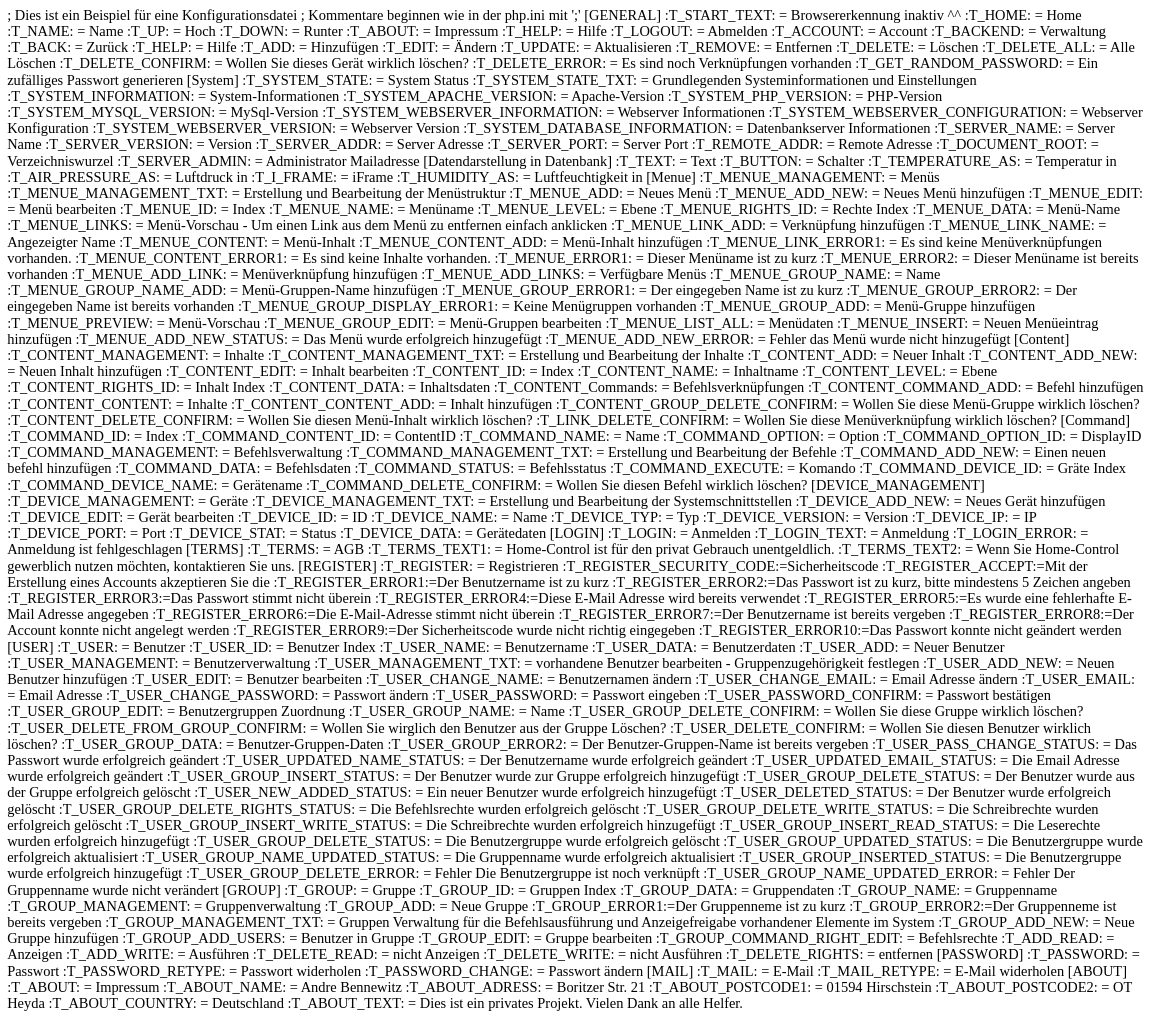
Repository: 0xF3ERROR/Home-Control
Page: http://localhost/language/lang_Ger.php
These files come from the project's save history. The page is drawn as it stood at one moment and after the next save; the edit follows.
The browser window is 1280 px wide. The pictures show the whole page, at 90% of full size.
The page is run by PHP 8.4 with error messages shown; the project is at /var/www/html/.

Above is the page before, as saved 2012-09-17 20:23:27.

### Source/language/lang_Ger.php
; Dies ist ein Beispiel für eine Konfigurationsdatei
; Kommentare beginnen wie in der php.ini mit ';'


[GENERAL]
:T_START_TEXT: = Browsererkennung inaktiv ^^
:T_HOME: = Home
:T_NAME: = Name
:T_UP: = Hoch
:T_DOWN: = Runter
:T_ABOUT: = Impressum
:T_HELP: = Hilfe
:T_LOGOUT: = Abmelden
:T_ACCOUNT: = Account
:T_BACKEND: = Verwaltung
:T_BACK: = Zurück
:T_HELP: = Hilfe
:T_ADD: = Hinzufügen
:T_EDIT: = Ändern
:T_UPDATE: = Aktualisieren
:T_REMOVE: = Entfernen
:T_DELETE: = Löschen
:T_DELETE_ALL: = Alle Löschen
:T_DELETE_CONFIRM: = Wollen Sie dieses Gerät wirklich löschen?
:T_DELETE_ERROR: = Es sind noch Verknüpfungen vorhanden
:T_GET_RANDOM_PASSWORD: = Ein zufälliges Passwort generieren


[System]
:T_SYSTEM_STATE: = System Status
:T_SYSTEM_STATE_TXT: = Grundlegenden Systeminformationen und Einstellungen
:T_SYSTEM_INFORMATION: = System-Informationen
:T_SYSTEM_APACHE_VERSION: = Apache-Version
:T_SYSTEM_PHP_VERSION: = PHP-Version
:T_SYSTEM_MYSQL_VERSION: = MySql-Version
:T_SYSTEM_WEBSERVER_INFORMATION: = Webserver Informationen
:T_SYSTEM_WEBSERVER_CONFIGURATION: = Webserver Konfiguration
:T_SYSTEM_WEBSERVER_VERSION: = Webserver Version
:T_SYSTEM_DATABASE_INFORMATION: = Datenbankserver Informationen
:T_SERVER_NAME: = Server Name
:T_SERVER_VERSION: = Version
:T_SERVER_ADDR: = Server Adresse
:T_SERVER_PORT: = Server Port
:T_REMOTE_ADDR: = Remote Adresse
:T_DOCUMENT_ROOT: = Verzeichniswurzel
:T_SERVER_ADMIN: = Administrator Mailadresse





[Datendarstellung in Datenbank]
:T_TEXT: = Text
:T_BUTTON: = Schalter
:T_TEMPERATURE_AS: = Temperatur in
:T_AIR_PRESSURE_AS: = Luftdruck in
:T_I_FRAME: = iFrame
:T_HUMIDITY_AS: = Luftfeuchtigkeit in



[Menue]
:T_MENUE_MANAGEMENT: = Menüs
:T_MENUE_MANAGEMENT_TXT: = Erstellung und Bearbeitung der Menüstruktur
:T_MENUE_ADD: = Neues Menü
:T_MENUE_ADD_NEW: = Neues Menü hinzufügen
:T_MENUE_EDIT: = Menü bearbeiten
:T_MENUE_ID: = Index
:T_MENUE_NAME: = Menüname
:T_MENUE_LEVEL: = Ebene
:T_MENUE_RIGHTS_ID: = Rechte Index
:T_MENUE_DATA: = Menü-Name
:T_MENUE_LINKS: = Menü-Vorschau - Um einen Link aus dem Menü zu entfernen einfach anklicken
:T_MENUE_LINK_ADD: = Verknüpfung hinzufügen
:T_MENUE_LINK_NAME: = Angezeigter Name
:T_MENUE_CONTENT: = Menü-Inhalt
:T_MENUE_CONTENT_ADD: = Menü-Inhalt hinzufügen
:T_MENUE_LINK_ERROR1: = Es sind keine Menüverknüpfungen vorhanden.
:T_MENUE_CONTENT_ERROR1: = Es sind keine Inhalte vorhanden.
:T_MENUE_ERROR1: = Dieser Menüname ist zu kurz
:T_MENUE_ERROR2: = Dieser Menüname ist bereits vorhanden
:T_MENUE_ADD_LINK: = Menüverknüpfung hinzufügen
:T_MENUE_ADD_LINKS: = Verfügbare Menüs
:T_MENUE_GROUP_NAME: = Name
:T_MENUE_GROUP_NAME_ADD: = Menü-Gruppen-Name hinzufügen
:T_MENUE_GROUP_ERROR1: = Der eingegeben Name ist zu kurz
:T_MENUE_GROUP_ERROR2: = Der eingegeben Name ist bereits vorhanden
:T_MENUE_GROUP_DISPLAY_ERROR1: = Keine Menügruppen vorhanden
:T_MENUE_GROUP_ADD: = Menü-Gruppe hinzufügen
:T_MENUE_PREVIEW: = Menü-Vorschau
:T_MENUE_GROUP_EDIT: = Menü-Gruppen bearbeiten
:T_MENUE_LIST_ALL: = Menüdaten
:T_MENUE_INSERT: = Neuen Menüeintrag hinzufügen
:T_MENUE_ADD_NEW_STATUS: = Das Menü wurde erfolgreich hinzugefügt
:T_MENUE_ADD_NEW_ERROR: = Fehler das Menü wurde nicht hinzugefügt











[Content]
:T_CONTENT_MANAGEMENT: = Inhalte
:T_CONTENT_MANAGEMENT_TXT: = Erstellung und Bearbeitung der Inhalte
:T_CONTENT_ADD: = Neuer Inhalt
:T_CONTENT_ADD_NEW: = Neuen Inhalt hinzufügen
:T_CONTENT_EDIT: = Inhalt bearbeiten
:T_CONTENT_ID: = Index
:T_CONTENT_NAME: = Inhaltname
:T_CONTENT_LEVEL: = Ebene
:T_CONTENT_RIGHTS_ID: = Inhalt Index
:T_CONTENT_DATA: = Inhaltsdaten
:T_CONTENT_Commands: = Befehlsverknüpfungen
:T_CONTENT_COMMAND_ADD: = Befehl hinzufügen
:T_CONTENT_CONTENT: = Inhalte
:T_CONTENT_CONTENT_ADD: = Inhalt hinzufügen
:T_CONTENT_GROUP_DELETE_CONFIRM: = Wollen Sie diese Menü-Gruppe wirklich löschen?
:T_CONTENT_DELETE_CONFIRM: = Wollen Sie diesen Menü-Inhalt wirklich löschen?
:T_LINK_DELETE_CONFIRM: = Wollen Sie diese Menüverknüpfung wirklich löschen?



[Command]
:T_COMMAND_ID: = Index
:T_COMMAND_CONTENT_ID: = ContentID
:T_COMMAND_NAME: = Name
:T_COMMAND_OPTION: = Option
:T_COMMAND_OPTION_ID: = DisplayID
:T_COMMAND_MANAGEMENT: = Befehlsverwaltung
:T_COMMAND_MANAGEMENT_TXT: = Erstellung und Bearbeitung der Befehle
:T_COMMAND_ADD_NEW: = Einen neuen befehl hinzufügen
:T_COMMAND_DATA: = Befehlsdaten
:T_COMMAND_STATUS: = Befehlsstatus
:T_COMMAND_EXECUTE: = Komando
:T_COMMAND_DEVICE_ID: = Gräte Index
:T_COMMAND_DEVICE_NAME: = Gerätename
:T_COMMAND_DELETE_CONFIRM: = Wollen Sie diesen Befehl wirklich löschen?


[DEVICE_MANAGEMENT]
:T_DEVICE_MANAGEMENT: = Geräte
:T_DEVICE_MANAGEMENT_TXT: = Erstellung und Bearbeitung der Systemschnittstellen
:T_DEVICE_ADD_NEW: = Neues Gerät hinzufügen
:T_DEVICE_EDIT: = Gerät bearbeiten
:T_DEVICE_ID: = ID
:T_DEVICE_NAME: = Name
:T_DEVICE_TYP: = Typ
:T_DEVICE_VERSION: = Version
:T_DEVICE_IP: = IP
:T_DEVICE_PORT: = Port
:T_DEVICE_STAT: = Status
:T_DEVICE_DATA: = Gerätedaten


[LOGIN]
:T_LOGIN: = Anmelden
:T_LOGIN_TEXT: = Anmeldung
:T_LOGIN_ERROR: = Anmeldung ist fehlgeschlagen


[TERMS]
:T_TERMS: = AGB
:T_TERMS_TEXT1: = Home-Control ist für den privat Gebrauch unentgeldlich.
:T_TERMS_TEXT2: = Wenn Sie Home-Control gewerblich nutzen möchten, kontaktieren Sie uns.


[REGISTER]
:T_REGISTER: = Registrieren
:T_REGISTER_SECURITY_CODE:=Sicherheitscode
:T_REGISTER_ACCEPT:=Mit der Erstellung eines Accounts akzeptieren Sie die
:T_REGISTER_ERROR1:=Der Benutzername ist zu kurz
:T_REGISTER_ERROR2:=Das Passwort ist zu kurz, bitte mindestens 5 Zeichen angeben
:T_REGISTER_ERROR3:=Das Passwort stimmt nicht überein
:T_REGISTER_ERROR4:=Diese E-Mail Adresse wird bereits verwendet
:T_REGISTER_ERROR5:=Es wurde eine fehlerhafte E-Mail Adresse angegeben
:T_REGISTER_ERROR6:=Die E-Mail-Adresse stimmt nicht überein
:T_REGISTER_ERROR7:=Der Benutzername ist bereits vergeben
:T_REGISTER_ERROR8:=Der Account konnte nicht angelegt werden
:T_REGISTER_ERROR9:=Der Sicherheitscode wurde nicht richtig eingegeben
:T_REGISTER_ERROR10:=Das Passwort konnte nicht geändert werden


[USER]
:T_USER: = Benutzer
:T_USER_ID: = Benutzer Index
:T_USER_NAME: = Benutzername
:T_USER_DATA: = Benutzerdaten
:T_USER_ADD: = Neuer Benutzer
:T_USER_MANAGEMENT: = Benutzerverwaltung
:T_USER_MANAGEMENT_TXT: = vorhandene Benutzer bearbeiten - Gruppenzugehörigkeit festlegen
:T_USER_ADD_NEW: = Neuen Benutzer hinzufügen
:T_USER_EDIT: = Benutzer bearbeiten
:T_USER_CHANGE_NAME: = Benutzernamen ändern
:T_USER_CHANGE_EMAIL: = Email Adresse ändern
:T_USER_EMAIL: = Email Adresse
:T_USER_CHANGE_PASSWORD: = Passwort ändern
:T_USER_PASSWORD: = Passwort eingeben
:T_USER_PASSWORD_CONFIRM: = Passwort bestätigen
:T_USER_GROUP_EDIT: = Benutzergruppen Zuordnung
:T_USER_GROUP_NAME: = Name
:T_USER_GROUP_DELETE_CONFIRM: = Wollen Sie diese Gruppe wirklich löschen?
:T_USER_DELETE_FROM_GROUP_CONFIRM: = Wollen Sie wirglich den Benutzer aus der Gruppe Löschen?
:T_USER_DELETE_CONFIRM: = Wollen Sie diesen Benutzer wirklich löschen?
:T_USER_GROUP_DATA: = Benutzer-Gruppen-Daten
:T_USER_GROUP_ERROR2: = Der Benutzer-Gruppen-Name ist bereits vergeben


:T_USER_PASS_CHANGE_STATUS: = Das Passwort wurde erfolgreich geändert
:T_USER_UPDATED_NAME_STATUS: = Der Benutzername wurde erfolgreich geändert
:T_USER_UPDATED_EMAIL_STATUS: = Die Email Adresse wurde erfolgreich geändert

:T_USER_GROUP_INSERT_STATUS: = Der Benutzer wurde zur Gruppe erfolgreich hinzugefügt
:T_USER_GROUP_DELETE_STATUS: = Der Benutzer wurde aus der Gruppe erfolgreich gelöscht
:T_USER_NEW_ADDED_STATUS: = Ein neuer Benutzer wurde erfolgreich hinzugefügt
:T_USER_DELETED_STATUS: = Der Benutzer wurde erfolgreich gelöscht

:T_USER_GROUP_DELETE_RIGHTS_STATUS: = Die Befehlsrechte wurden erfolgreich gelöscht
:T_USER_GROUP_DELETE_WRITE_STATUS: = Die Schreibrechte wurden erfolgreich gelöscht
:T_USER_GROUP_INSERT_WRITE_STATUS: = Die Schreibrechte wurden erfolgreich hinzugefügt
:T_USER_GROUP_INSERT_READ_STATUS: = Die Leserechte wurden erfolgreich hinzugefügt
:T_USER_GROUP_DELETE_STATUS: = Die Benutzergruppe wurde erfolgreich gelöscht
:T_USER_GROUP_UPDATED_STATUS: = Die Benutzergruppe wurde erfolgreich aktualisiert
:T_USER_GROUP_NAME_UPDATED_STATUS: = Die Gruppenname wurde erfolgreich aktualisiert
:T_USER_GROUP_INSERTED_STATUS: = Die Benutzergruppe wurde erfolgreich hinzugefügt
:T_USER_GROUP_DELETE_ERROR: = Fehler Die Benutzergruppe ist noch verknüpft
:T_USER_GROUP_NAME_UPDATED_ERROR: = Fehler Der Gruppenname wurde nicht verändert




[GROUP]
:T_GROUP: = Gruppe
:T_GROUP_ID: = Gruppen Index
:T_GROUP_DATA: = Gruppendaten
:T_GROUP_NAME: = Gruppenname
:T_GROUP_MANAGEMENT: = Gruppenverwaltung
:T_GROUP_ADD: = Neue Gruppe
:T_GROUP_ERROR1:=Der Gruppenneme ist zu kurz
:T_GROUP_ERROR2:=Der Gruppenneme ist bereits vergeben
:T_GROUP_MANAGEMENT_TXT: = Gruppen Verwaltung für die Befehlsausführung und Anzeigefreigabe vorhandener Elemente im System
:T_GROUP_ADD_NEW: = Neue Gruppe hinzufügen
:T_GROUP_ADD_USERS: = Benutzer in Gruppe
:T_GROUP_EDIT: = Gruppe bearbeiten
:T_GROUP_COMMAND_RIGHT_EDIT: = Befehlsrechte
:T_ADD_READ: = Anzeigen
:T_ADD_WRITE: = Ausführen
:T_DELETE_READ: = nicht Anzeigen
:T_DELETE_WRITE: = nicht Ausführen
:T_DELETE_RIGHTS: = entfernen

[PASSWORD]
:T_PASSWORD: = Passwort
:T_PASSWORD_RETYPE: = Passwort widerholen
:T_PASSWORD_CHANGE: = Passwort ändern


[MAIL]
:T_MAIL: = E-Mail
:T_MAIL_RETYPE: = E-Mail widerholen


[ABOUT]
:T_ABOUT: = Impressum
:T_ABOUT_NAME: = Andre Bennewitz
:T_ABOUT_ADRESS: = Boritzer Str. 21
:T_ABOUT_POSTCODE1: = 01594 Hirschstein
:T_ABOUT_POSTCODE2: = OT Heyda
:T_ABOUT_COUNTRY: = Deutschland
:T_ABOUT_TEXT: = Dies ist ein privates Projekt. Vielen Dank an alle Helfer.

After the next save:
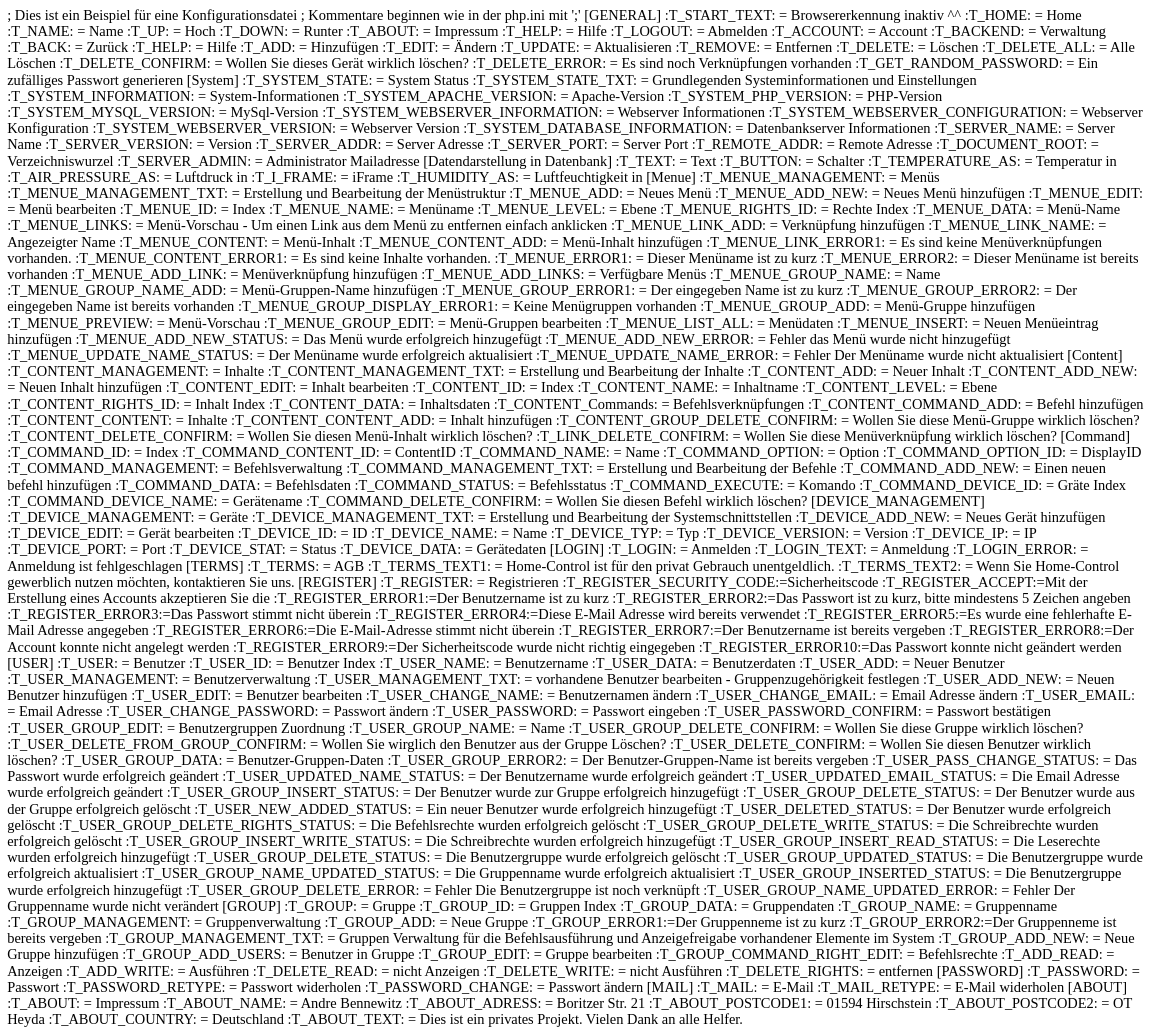
Saved 55 s later.
--- a/Source/language/lang_Ger.php
+++ b/Source/language/lang_Ger.php
@@ -93,7 +93,8 @@
 :T_MENUE_INSERT: = Neuen Menüeintrag hinzufügen
 :T_MENUE_ADD_NEW_STATUS: = Das Menü wurde erfolgreich hinzugefügt
 :T_MENUE_ADD_NEW_ERROR: = Fehler das Menü wurde nicht hinzugefügt
-
+:T_MENUE_UPDATE_NAME_STATUS: = Der Menüname wurde erfolgreich aktualisiert
+:T_MENUE_UPDATE_NAME_ERROR: = Fehler Der Menüname wurde nicht aktualisiert
 
 
 
